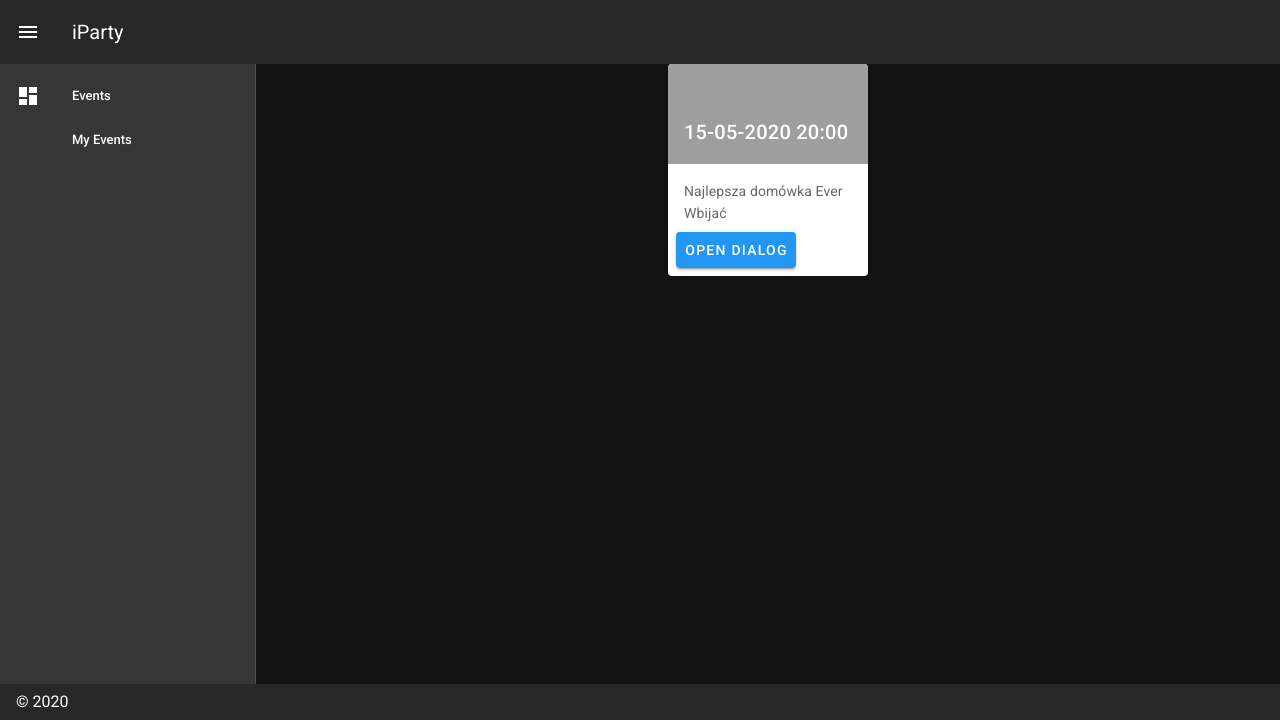
Repository: hexanek/partyapp
Page: /
An editor plug-in stored every save of this project. The page is shown before and after the next save, followed by the edit.
The browser window is 1280 px wide. The pictures show the whole page.
Pictures or frames that could not be fetched are drawn as grey boxes. The project was rebuilt for these pictures with package versions that can differ from the ones it lists, and the page was loaded fresh each time. Also part of the build but not shown: vue.config.js, src/components/PopupDetails.vue.

Above is the page before, as saved 2020-01-25 17:33:32.

After the next save:
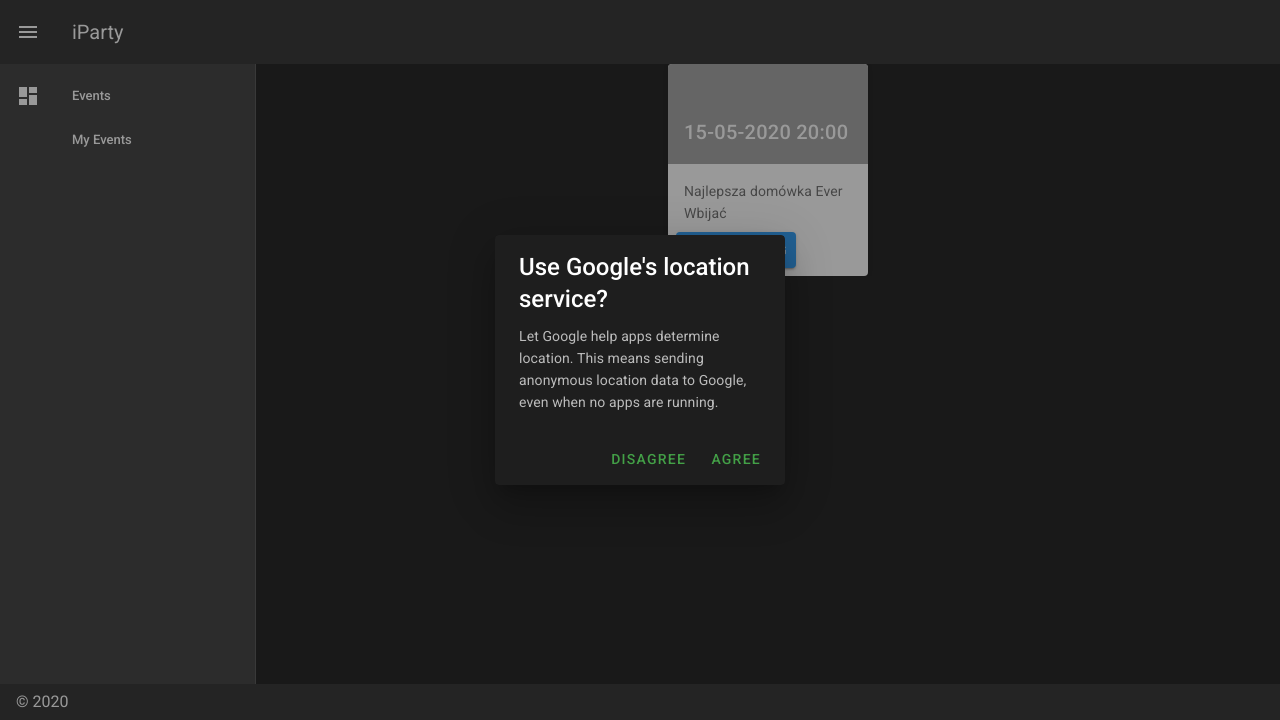
Saved 60 s later.
--- a/src/components/Popup.vue
+++ b/src/components/Popup.vue
@@ -31,7 +31,7 @@
     </v-btn>
     <v-dialog
       max-width="290"
-      v-model="dialog"
+      v-model="showDialog"
     >
       <v-card>
         <v-card-title class="headline">Use Google's location service?</v-card-title>

After the 2 saves that followed:
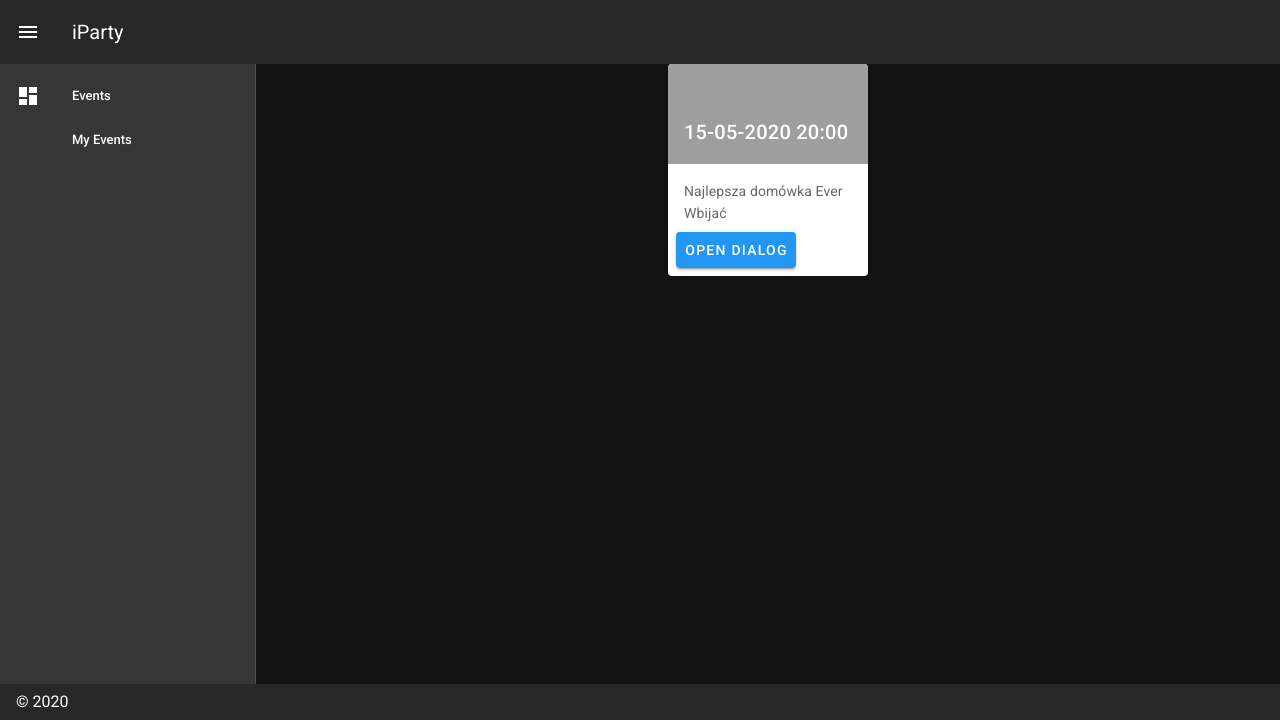
The 2 saves are shown as one change because 1 left the picture as it was.
The last was saved 5 min 47 s later.
--- a/src/components/Popup.vue
+++ b/src/components/Popup.vue
@@ -29,40 +29,7 @@
     >
       Open Dialog
     </v-btn>
-    <v-dialog
-      max-width="290"
-      v-model="showDialog"
-    >
-      <v-card>
-        <v-card-title class="headline">Use Google's location service?</v-card-title>
-
-        <v-card-text>
-          Let Google help apps determine location. This means sending anonymous location data to Google, even when no apps are running.
-        </v-card-text>
-
-        <v-card-actions>
-          <v-spacer></v-spacer>
-
-          <v-btn
-            color="green darken-1"
-            text
-            @click="this.dialog = false"
-          >
-            Disagree
-          </v-btn>
-
-          <v-btn
-            color="green darken-1"
-            text
-            @click="this.dialog = false"
-          >
-            Agree
-          </v-btn>
-        </v-card-actions>
-      </v-card>
-    </v-dialog>
-
-
+    <v-navigation-drawer v-model="showDialog"></v-navigation-drawer>
     </v-card-actions>
   </v-card>
 
@@ -75,13 +42,10 @@
   components: {},
   data: () => ({
     return: {
-      dialog: false
+      nav: false
     }
   }),
   methods: {
-    showDialog: function() {
-      this.dialog = !this.dialog
-    },
     showdetails: function() {
       this.$emit("clickshow");
     }
